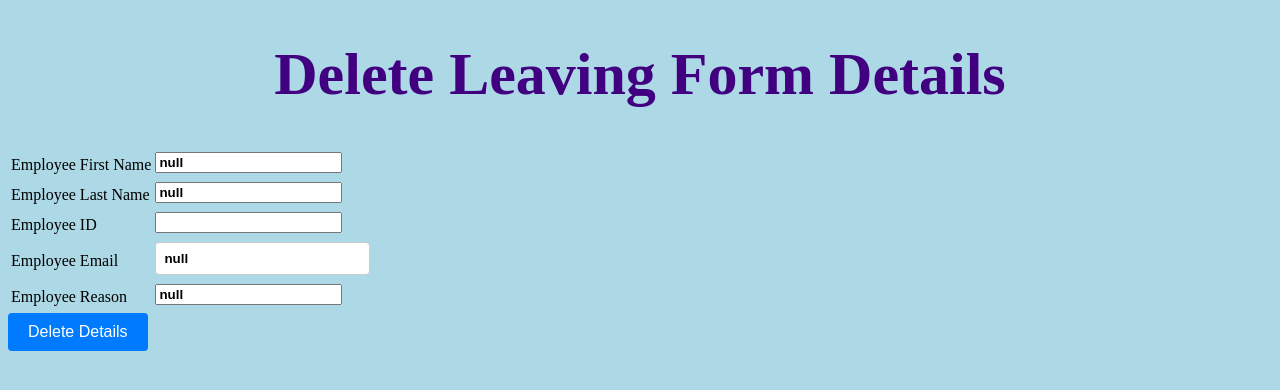
Repository: nishadi-s/Online-Staff-Management-System
Page: http://localhost/LeavingEmp/deleteEmp.jsp
These files come from the project's save history. The page is drawn as it stood at one moment and after the next save; the edit follows.
The browser window is 1280 px wide. The pictures show the whole page.
The page is served by Tomcat 9. Other server files are loaded and not shown.

Above is the page before, as saved 2023-10-24 12:22:14.

### LeavingEmp/src/main/webapp/deleteEmp.jsp
<%@ page language="java" contentType="text/html; charset=ISO-8859-1"
    pageEncoding="ISO-8859-1"%>
<!DOCTYPE html>
<html>
<head>
<meta charset="ISO-8859-1">
<title>Delete Details</title>
<link rel="stylesheet" href="deleteEmp.css">
</head>
<body>

<%
String f_name=request.getParameter("fname");
String l_name=request.getParameter("lname");
String u_id=request.getParameter("id");
String e_email=request.getParameter("eemail");
String e_reason=request.getParameter("ereason");
%>

<div class="header">
<h1>  Delete Leaving Form Details</h1>
</div>

<form action="delete" method= "post">
<table>
<tr>
<td>Employee First Name</td>
<td> <input type="text" class="form-label"class="form-control" name="fname" value="<%= f_name %>"readonly> </td>
</tr>

<tr>
<td>Employee Last Name</td>
<td> <input type="text" class="form-label"class="form-control" name="lname" value="<%= l_name %>"readonly> </td>
</tr>

<tr>
<td>Employee ID </td>
<td><input type="number" class="form-label" class="form-control"  name="id" value="<%= u_id %>"readonly></td>
 </tr>

 <tr>
<td>Employee Email </td>
<td><input type="email" class="form-control" name="eemail" value="<%= e_email %>"readonly> </td>
</tr>

<tr>
<td>Employee Reason</td>
<td> <input type="text" class="form-label" class="form-control" name="ereason" value="<%= e_reason %>"readonly> </td>
</tr>
</table>
<input type="submit" class="btn-primary"  name="submit" value="Delete Details"> <br>

</form>

</body>
</html>

### LeavingEmp/src/main/webapp/deleteEmp.css
@charset "ISO-8859-1";


.form-container{
    max-width: 700px;
    margin: 0 auto;
    padding: 30px;
    background-color:#5F9EA0;
    border-radius: 10px;
  }

.header {
  padding: 0px;
  text-align: center;
  color: rgb(64, 0, 128);
  font-size: 30px;
}


  body {
  background-color: lightblue;
}

  /* Style form elements */
  .form-group {
    margin-bottom: 25px;
  }

  .form-label {
    display: block;
    font-weight: bold;
    margin-bottom: 5px;
  }

  .form-control {
    display: block;
    font-weight: bold;
    margin-bottom: 5px;
  }

  .form-control {
    width: 100%;
    padding: 8px;
    border: 1px solid #ccc;
    border-radius: 4px;
  }

  /* Style submit button */
  .btn-primary {
    background-color: #007bff;
    color: #fff;
    padding: 10px 20px;
    border: none;
    border-radius: 4px;
    cursor: pointer;
    font-size: 16px;
  }

  .btn-primary:hover {
    background-color: #0056b3;
  }

After the next save:
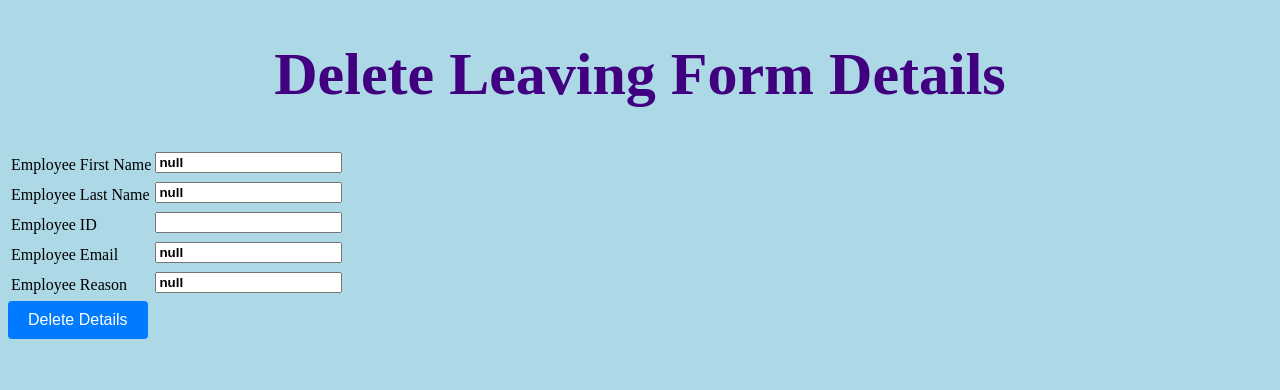
Saved 2 min 20 s later.
--- a/LeavingEmp/src/main/webapp/deleteEmp.jsp
+++ b/LeavingEmp/src/main/webapp/deleteEmp.jsp
@@ -40,7 +40,7 @@ String e_reason=request.getParameter("ereason");
 
  <tr>
 <td>Employee Email </td>
-<td><input type="email" class="form-control" name="eemail" value="<%= e_email %>"readonly> </td>
+<td><input type="email"  class="form-label" class="form-control" name="eemail" value="<%= e_email %>"readonly> </td>
 </tr>
 
 <tr>
